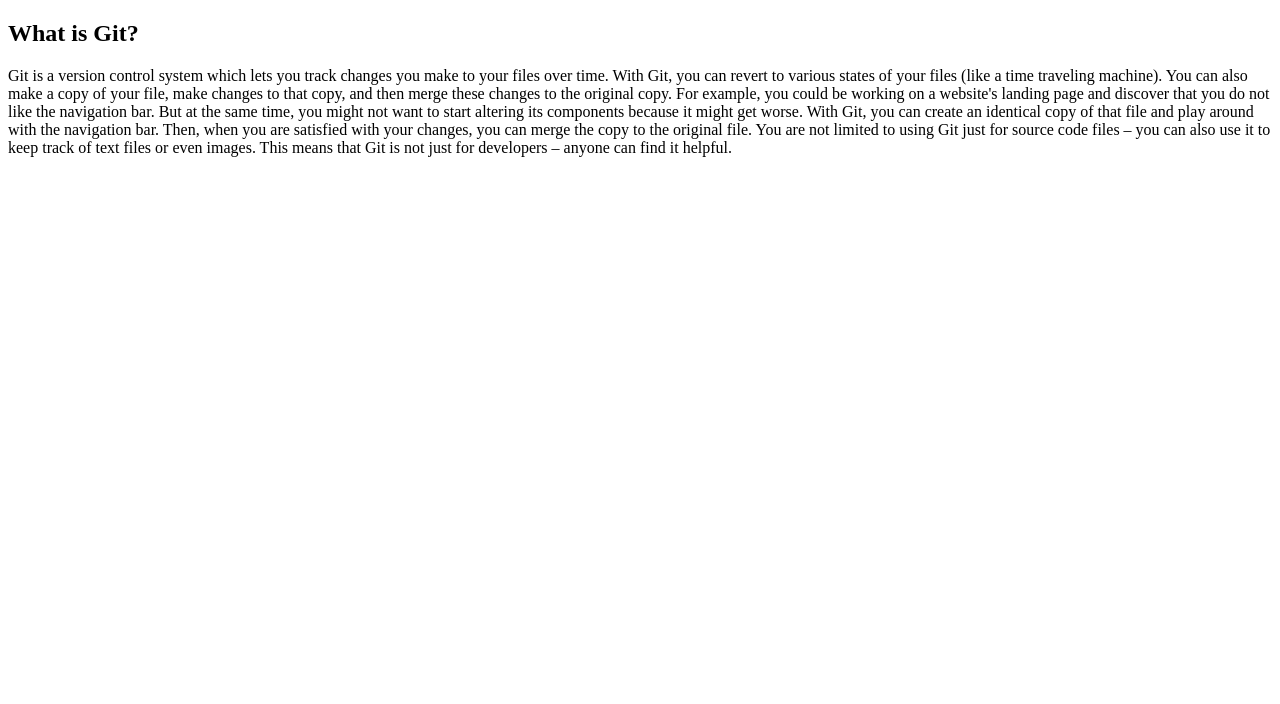
Repository: dev-singh-kanyal/Archive-git_github
Page: index.html
The author's editor kept a copy of each file at every save. The page is drawn from the files as they stood at one save, then again after the next save.
The browser window is 1280 px wide. The pictures show the whole page.

Above is the page before, as saved 2022-06-24 15:02:51.

### index.html
<!DOCTYPE html>
<html lang="en">
<head>
    <meta charset="UTF-8">
    <meta http-equiv="X-UA-Compatible" content="IE=edge">
    <meta name="viewport" content="width=device-width, initial-scale=1.0">
    <title>Git and GitHub</title>
</head>
<body>
<h2>What is Git?</h2>
Git is a version control system which lets you track changes you make to your files over time. With Git, you can revert to various states of your files (like a time traveling machine). You can also make a copy of your file, make changes to that copy, and then merge these changes to the original copy.

For example, you could be working on a website's landing page and discover that you do not like the navigation bar. But at the same time, you might not want to start altering its components because it might get worse.

With Git, you can create an identical copy of that file and play around with the navigation bar. Then, when you are satisfied with your changes, you can merge the copy to the original file.

You are not limited to using Git just for source code files – you can also use it to keep track of text files or even images. This means that Git is not just for developers – anyone can find it helpful.
</body>
</html>

After the next save:
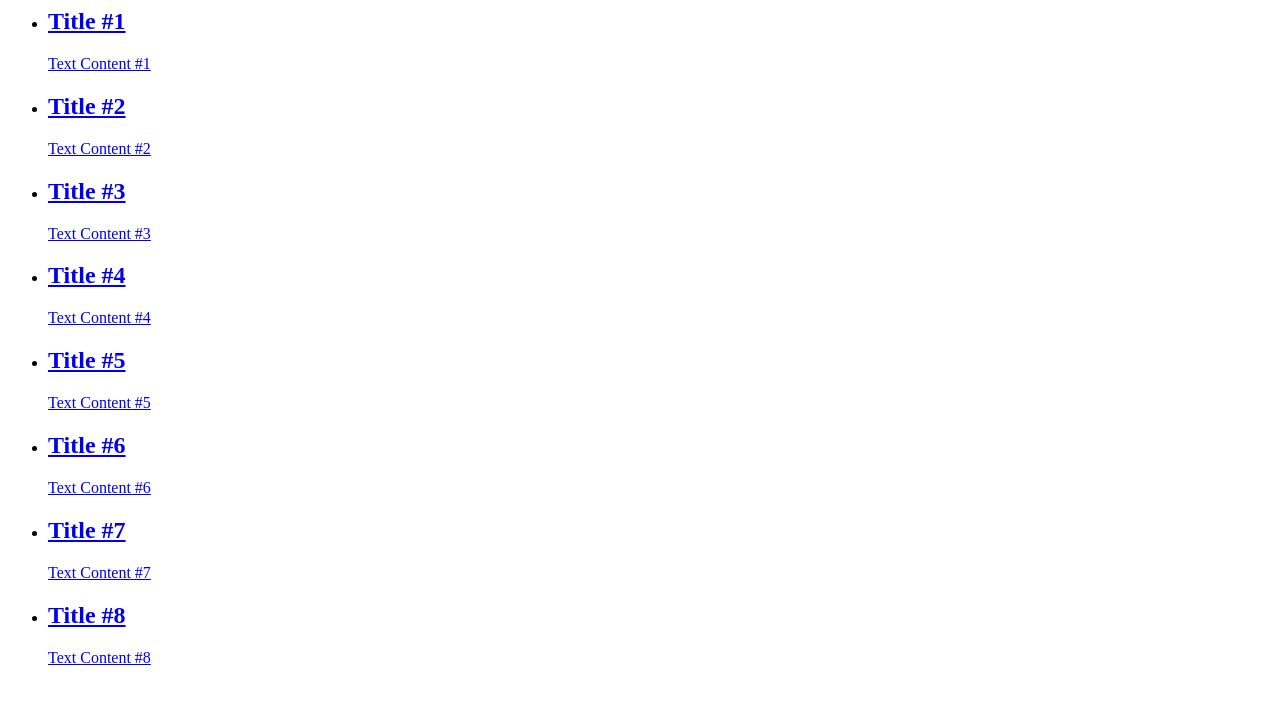
Saved 14 min 36 s later.
--- a/index.html
+++ b/index.html
@@ -1,19 +1,50 @@
-<!DOCTYPE html>
-<html lang="en">
-<head>
-    <meta charset="UTF-8">
-    <meta http-equiv="X-UA-Compatible" content="IE=edge">
-    <meta name="viewport" content="width=device-width, initial-scale=1.0">
-    <title>Git and GitHub</title>
-</head>
-<body>
-<h2>What is Git?</h2>
-Git is a version control system which lets you track changes you make to your files over time. With Git, you can revert to various states of your files (like a time traveling machine). You can also make a copy of your file, make changes to that copy, and then merge these changes to the original copy.
-
-For example, you could be working on a website's landing page and discover that you do not like the navigation bar. But at the same time, you might not want to start altering its components because it might get worse.
-
-With Git, you can create an identical copy of that file and play around with the navigation bar. Then, when you are satisfied with your changes, you can merge the copy to the original file.
-
-You are not limited to using Git just for source code files – you can also use it to keep track of text files or even images. This means that Git is not just for developers – anyone can find it helpful.
-</body>
-</html>
+<ul>
+    <li>
+      <a href="#" contenteditable>
+        <h2>Title #1</h2>
+        <p>Text Content #1</p>
+      </a>
+    </li>
+    <li>
+      <a href="#" contenteditable>
+        <h2>Title #2</h2>
+        <p>Text Content #2</p>
+      </a>
+    </li>
+    <li>
+      <a href="#" contenteditable>
+        <h2>Title #3</h2>
+        <p>Text Content #3</p>
+      </a>
+    </li>
+    <li>
+      <a href="#" contenteditable>
+        <h2>Title #4</h2>
+        <p>Text Content #4</p>
+      </a>
+    </li>
+    <li>
+      <a href="#" contenteditable>
+        <h2>Title #5</h2>
+        <p>Text Content #5</p>
+      </a>
+    </li>
+    <li>
+      <a href="#" contenteditable>
+        <h2>Title #6</h2>
+        <p>Text Content #6</p>
+      </a>
+    </li>
+    <li>
+      <a href="#" contenteditable>
+        <h2>Title #7</h2>
+        <p>Text Content #7</p>
+      </a>
+    </li>
+    <li>
+      <a href="#" contenteditable>
+        <h2>Title #8</h2>
+        <p>Text Content #8</p>
+      </a>
+    </li>
+  </ul>

After the save that followed:
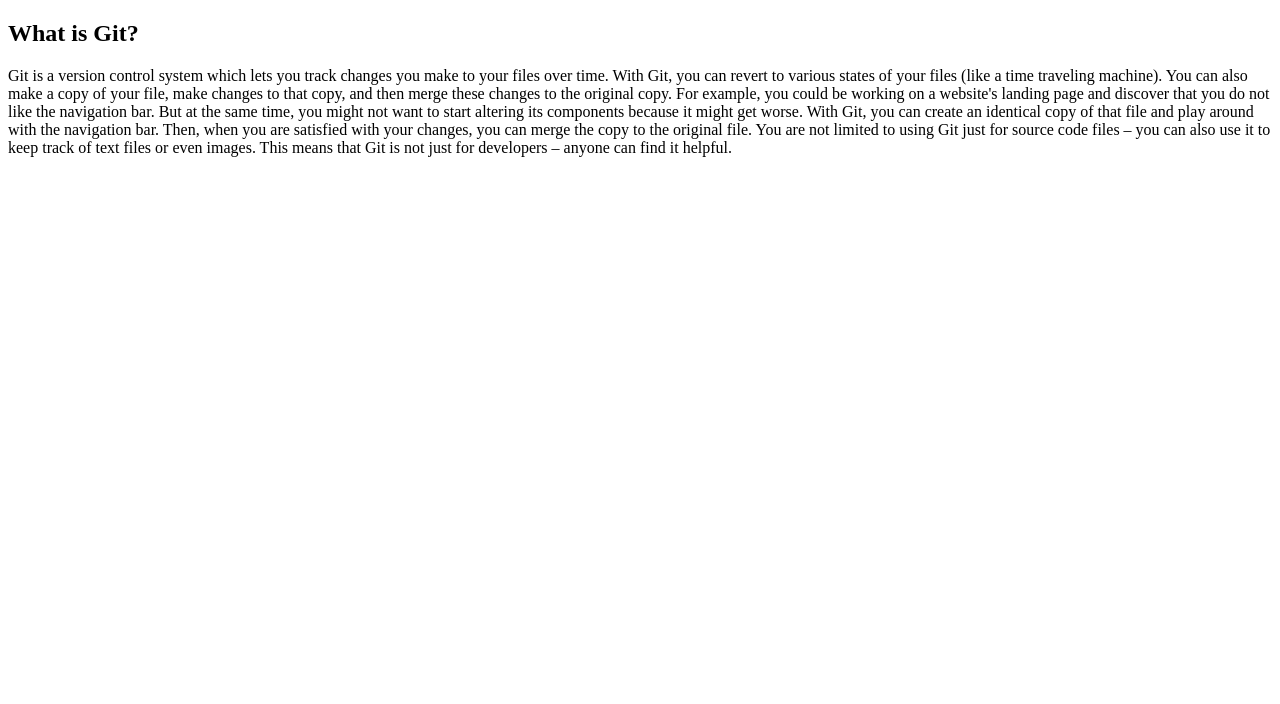
Saved 6 s later.
--- a/index.html
+++ b/index.html
@@ -1,50 +1,19 @@
-<ul>
-    <li>
-      <a href="#" contenteditable>
-        <h2>Title #1</h2>
-        <p>Text Content #1</p>
-      </a>
-    </li>
-    <li>
-      <a href="#" contenteditable>
-        <h2>Title #2</h2>
-        <p>Text Content #2</p>
-      </a>
-    </li>
-    <li>
-      <a href="#" contenteditable>
-        <h2>Title #3</h2>
-        <p>Text Content #3</p>
-      </a>
-    </li>
-    <li>
-      <a href="#" contenteditable>
-        <h2>Title #4</h2>
-        <p>Text Content #4</p>
-      </a>
-    </li>
-    <li>
-      <a href="#" contenteditable>
-        <h2>Title #5</h2>
-        <p>Text Content #5</p>
-      </a>
-    </li>
-    <li>
-      <a href="#" contenteditable>
-        <h2>Title #6</h2>
-        <p>Text Content #6</p>
-      </a>
-    </li>
-    <li>
-      <a href="#" contenteditable>
-        <h2>Title #7</h2>
-        <p>Text Content #7</p>
-      </a>
-    </li>
-    <li>
-      <a href="#" contenteditable>
-        <h2>Title #8</h2>
-        <p>Text Content #8</p>
-      </a>
-    </li>
-  </ul>
+<!DOCTYPE html>
+<html lang="en">
+<head>
+    <meta charset="UTF-8">
+    <meta http-equiv="X-UA-Compatible" content="IE=edge">
+    <meta name="viewport" content="width=device-width, initial-scale=1.0">
+    <title>Git and GitHub</title>
+</head>
+<body>
+<h2>What is Git?</h2>
+Git is a version control system which lets you track changes you make to your files over time. With Git, you can revert to various states of your files (like a time traveling machine). You can also make a copy of your file, make changes to that copy, and then merge these changes to the original copy.
+
+For example, you could be working on a website's landing page and discover that you do not like the navigation bar. But at the same time, you might not want to start altering its components because it might get worse.
+
+With Git, you can create an identical copy of that file and play around with the navigation bar. Then, when you are satisfied with your changes, you can merge the copy to the original file.
+
+You are not limited to using Git just for source code files – you can also use it to keep track of text files or even images. This means that Git is not just for developers – anyone can find it helpful.
+</body>
+</html>
